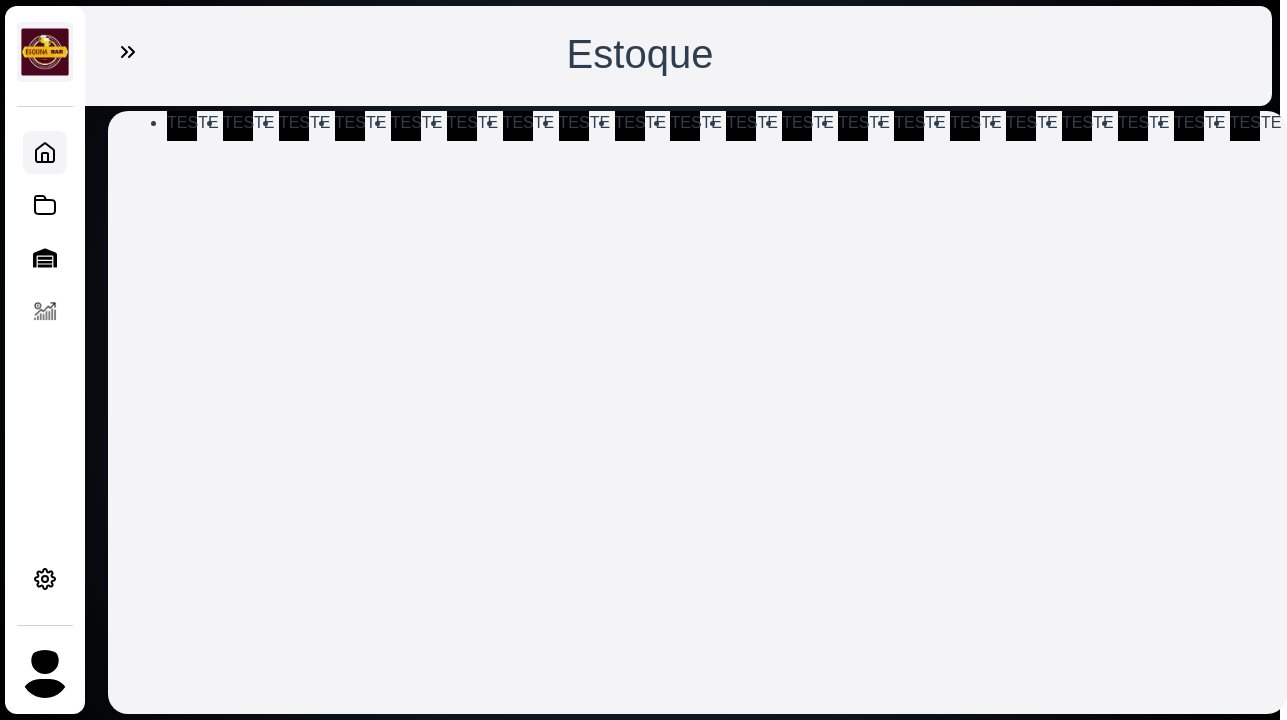
Repository: jazaoo13/Projeto_Oficina_Integracao
Page: / (app in Aplicacao_vue/)
An editor plug-in stored every save of this project. The page is shown before and after the next save, followed by the edit.
The browser window is 1280 px wide. The page is 1287 px wide, so the pictures cover 1287 px, including what lies to the right of the window. The pictures show the whole page.
The page's requests for data from a server got no answer. The project was rebuilt for these pictures with package versions that can differ from the ones it lists, and the page was loaded fresh each time. No one was signed in, and anything a server would have sent is missing. Also part of the build but not shown: Aplicacao_vue/vue.config.js, Aplicacao_vue/src/View/jazao.vue.

Above is the page before, as saved 2023-11-19 15:34:08.

### Aplicacao_vue/public/index.html
<!DOCTYPE html>
<html lang="">
  <head>
    <meta charset="utf-8">
    <meta name="viewport" content="width=device-width, initial-scale=1">
    <meta http-equiv="X-UA-Compatible" content="IE=edge">
    <meta name="viewport" content="width=device-width,initial-scale=1.0">
    <link rel="icon" href="<%= BASE_URL %>favicon.ico">
    <link href="https://cdn.jsdelivr.net/npm/bootstrap@5.3.2/dist/css/bootstrap.min.css" rel="stylesheet" integrity="sha384-T3c6CoIi6uLrA9TneNEoa7RxnatzjcDSCmG1MXxSR1GAsXEV/Dwwykc2MPK8M2HN" crossorigin="anonymous">
    <title>Controle de Bebidas</title>
  </head>
  <body>
    <script src="https://cdn.jsdelivr.net/npm/bootstrap@5.3.2/dist/js/bootstrap.bundle.min.js" integrity="sha384-C6RzsynM9kWDrMNeT87bh95OGNyZPhcTNXj1NW7RuBCsyN/o0jlpcV8Qyq46cDfL" crossorigin="anonymous"></script>
    <div id="app"></div>
    <!-- built files will be auto injected -->
  </body>
</html>

### Aplicacao_vue/src/main.js
import Vue from 'vue'
import App from './App.vue'
import {BootstrapVue, IconsPlugin} from 'bootstrap-vue';
import 'font-awesome/css/font-awesome.css';
import 'bootstrap-vue/dist/bootstrap-vue.css'
import 'bootstrap/dist/css/bootstrap.css'
import router from './router'
import Vuex from 'vuex'
import store from './store'

Vue.config.productionTip = false
Vue.use(BootstrapVue);
Vue.use(IconsPlugin);
Vue.use(Vuex);

new Vue({
  router,
  store,
  render: h => h(App)
}).$mount('#app')

### Aplicacao_vue/src/router/index.js
import Vue from 'vue'
import VueRouter from 'vue-router'
import Home from '../View/Home.vue'
import jazao_component from '../View/jazao.vue'
Vue.use(VueRouter)

const routes = [
  {
    path: '/',
    name: 'home',
    component: Home
  },
  {
    path: '/jazao',
    name: 'Jazao',
    component: jazao_component
    //component: () => import(/* webpackChunkName: "about" */ '../View/HomeTeste.vue')
  },

]

const router = new VueRouter({
  mode: 'history',
  base: process.env.BASE_URL,
  routes
})

export default router

### Aplicacao_vue/src/store.js
import Vue from 'vue'
import Vuex from 'vuex'

Vue.use(Vuex)

const store = new Vuex.Store({
    data(){
        return{
            isActive: false
        }
    },
    state: {
        count: 0,
        isActive: false
    },
    mutations: {
        increment(state) {
            state.count++
        },
        setIsActive(state){
            state.isActive = !state.isActive
        }
    },

})
export default store

### Aplicacao_vue/src/View/Home.vue
<template>
    <div class="bodyClass">
        <div class="container-fluid">
            <div class="row">
                <Sidebar></Sidebar>
            </div>
            <div class="content-container">
                <HeaderPage></HeaderPage>
                <EstoqueView></EstoqueView>
            </div>
        </div>

    </div>
</template>

<script>
import axios from 'axios';
import Sidebar from './Sidebar.vue';
import HeaderPage from './Header.vue'
import EstoqueView from '../components/EstoqueView.vue'
export default {
    name: 'HomePage',
    components: {
        Sidebar,
        HeaderPage,
        EstoqueView
    },
    data() {
        return {
            lstApi: '',
        };
    },
    methods: {
        chamar_api() {
            let url = 'https://catfact.ninja/fact';
            axios
                .get(url, {

                })
                .then((resposta) => {
                    this.lstApi = resposta
                })
                .catch((erro) => console.log(erro));
        },
    },
    mounted() {
        this.chamar_api()
    },
};
</script>

<style lang="scss" scoped>
.bodyClass {
    height: 100vh;
    background: radial-gradient(circle at 50% 50%, #192233 20%, #000);
    padding: 0.375rem;
    font-family: Poppins, sans-serif;
    display: flex;
}
.container-fluid {
  flex: 1;
  display: flex;
  flex-direction: column;
  padding-right: 2px;
  padding-left: 2px;
}
.row {
  display: flex;
  flex: 1;
}
.content-container {
  display: flex;
  flex-direction: column;
  flex: 1500;
}
</style>

### Aplicacao_vue/src/View/Sidebar.vue
<template>
    <div>
        <nav :class="{ 'isActive': this.$store.state.isActive }">
            <div class="sidebar-header" :class="{ 'isActive': this.$store.state.isActive }">
                <a class="logo-wrapper">
                    <img src="@/assets/logo_esquina.png" alt="Logo" :class="{ 'isActive': this.$store.state.isActive }">
                    <h2 :class="{ 'isActive': this.$store.state.isActive }">Bar da Esquina</h2>
                </a>
                <button class="toggle-btn" @click="toggle()">
                    <img src="../assets/expand.svg" alt="expand button">
                </button>
            </div>

            <div class="sidebar-links" :class="{ 'isActive': this.$store.state.isActive }">
                <a class="link active">
                    <img src="../assets/home.svg" alt="">
                    <span :class="{ 'isActive': this.$store.state.isActive }">Home</span>
                </a>
                <a class="link">
                    <img src="../assets/projects.svg" alt="">
                    <span :class="{ 'isActive': this.$store.state.isActive }">Cadastro</span>
                </a>
                <a class="link">
                    <img src="../assets/estoque.svg" alt="">
                    <span :class="{ 'isActive': this.$store.state.isActive }">Estoque</span>
                </a>
                <a class="link">
                    <img src="../assets/vendas.png" alt="">
                    <span :class="{ 'isActive': this.$store.state.isActive }">Vendas</span>
                </a>
            </div>


            <div class="sidebar-bottom" :class="{ 'isActive': this.$store.state.isActive }">
                <div class="sidebar-links" :class="{ 'isActive': this.$store.state.isActive }">
                    <a class="link">
                        <img src="../assets/settings.svg" alt="">
                        <span :class="{ 'isActive': this.$store.state.isActive }">Configurações</span>
                    </a>
                </div>

                <div class="user-profile" :class="{ 'isActive': this.$store.state.isActive }">
                    <div class="user-avatar">
                        <img src="../assets/user.svg" alt="">
                    </div>
                    <div class="user-details" :class="{ 'isActive': this.$store.state.isActive }">
                        <p class="username">Usuario</p>
                        <p class="user-email">email@gmail.com</p>
                    </div>
                </div>
            </div>
        </nav>
    </div>
</template>

<script>
import { mapState } from 'vuex'
export default {
    name: "SiderBar",
    components: {
    },
    data() {
        return {
            //isActive:false,
            // imagens:{
            //     imagem1: url=''
            // }
            //array de objetos para os botoes laterais
        }
    },
    methods: {
        Abre_Cadastro() {

        },
        computed: {
            ...mapState(['isActive'])

        },
        toggle() {
            this.$store.commit('setIsActive');

            const toggleBtn = document.querySelector(".toggle-btn");
            toggleBtn.style.transform = this.$store.state.isActive ? "rotate(180deg)" : "rotate(0deg)";
        },
    },
    mounted() {

    },
}
</script>


<style lang="scss">
*,
*::before,
*::after {
    margin: 0;
    padding: 0;
    box-sizing: border-box;
}

button,
a {
    all: unset;
    font: inherit;
    cursor: pointer;
    text-decoration: none !important;
}

a:hover {
    color: inherit !important;
}

nav {
    position: fixed;
    width: 5rem;
    height: calc(100vh - 0.75rem);
    background-color: #ffffff;
    padding: 1rem 0.75rem;
    border-radius: 0.75rem;
    display: flex;
    flex-direction: column;
    transition: width 500ms ease;

    &.isActive {
        width: 15rem;
    }
}

h2 {
    display: none;

    &.isActive {
        display: inline;
        font-size: 1.5rem;
    }
}

.sidebar-header,
.sidebar-links {
    display: flex;
    justify-content: center;
    align-items: center;
    overflow: hidden;
    flex-direction: column;
    &.isActive {
        justify-content: start;
        align-items: stretch;
    }
}
.sidebar-links {
    flex-direction: column;
    margin-bottom: auto;
    gap: 0.6rem;
    padding-bottom: 1.5rem;
    padding-top: 1.5rem;
}
.sidebar-header {
    margin-bottom: 1.5rem;
    &.isActive {
        justify-content: start;
        align-items: stretch;
    }
}

.logo-wrapper {
    display: flex;
    justify-content: start;
    align-items: center;
    gap: 1.25rem;
    text-decoration: none !important;
}

a.logo-wrapper:hover {
    color: inherit !important;
}

.logo-wrapper>img {
    width: 60px;
    height: 60px;
    background-color: #f4f4f6;
    padding: 0.4rem;
    border-radius: 0.5rem;

    &.isActive {
        width: 100px;
        height: 100px;
    }
}

nav>.sidebar-links {
    border-top: 1px solid rgb(211, 211, 211);
}

.link {
    display: flex;
    padding: 0.6rem;
    border-radius: 0.5rem;
    gap: 1.5rem;
}

span {
    display: none;

    &.isActive {
        display: inline;
    }
}

.link:hover,
.link.active:hover {
    background-color: #e4e4e8;
}

.link.active {
    background-color: #f4f4f6;
}

.link>img {
    width: 24px;
    height: 24px;
}

.sidebar-bottom .sidebar-links {
    padding-bottom: 1.5rem;
}

.toggle-btn {
    position: absolute;
    top: 26px;
    right: -63px;
    padding: 0.5rem;
    background-color:var(--bs-heading-color);
    border-radius: 50%;
    display: flex;
    justify-content: center;
    align-items: center;
    transition: transform 0.25s ease;
}

.user-profile {
    display: flex;
    justify-content: center;
    align-items: center;
    gap: 1.5rem;
    padding-top: 1.5rem;
    border-top: 1px solid rgb(211, 211, 211);

    &.isActive {
        justify-content: start;
        align-items: stretch;
    }
}

.user-avatar {
    width: 48px;
    height: 48px;
    cursor: pointer;
    transition: scale 0.2s ease;
}

.user-avatar img {
    width: 100%;
    height: 100%;
    border-radius: 50%;
    object-fit: cover;
}

.user-avatar:hover {
    scale: 1.1;
}

.user-details {
    align-self: center;
    overflow: hidden;
    display: none;

    .username {
        font-size: 0.85rem;
        font-weight: 600;
    }

    .user-email {
        font-size: 0.8rem;
    }

    &.isActive {
        display: inline;
    }

}</style>

### Aplicacao_vue/src/View/Header.vue
<template>
    <div>
        <div class="header" :class="{ 'isActive': this.$store.state.isActive }">
        <h1 class="titulo">Estoque</h1>
        </div>
    </div>
</template>

<script>
import { mapState } from 'vuex'
export default {
    name: "HeaderPage",
    data() {
        return {
            //isActive: false,
        }
    },
    computed: {
        ...mapState(['isActive'])

    },
}
</script>

<style lang="scss" scoped>
.header {
    //width: calc(100% - 85px);
    background-color: #f4f4f6;
    border-radius: 0.75rem;
    height: 100px;
    margin-left:auto;
    transition: width 500ms ease ;
    &.isActive{
        //width:calc(100% - 245px);
        transition: width 500ms ease ;
    }
}
.titulo{
    height: 100%;
    padding-top: 1.5rem;
}

// .header{

// }
</style>

### Aplicacao_vue/src/components/EstoqueView.vue
    <template>
    <div class="row"  :class="{ 'isActive': this.$store.state.isActive }">
        <div class="backPage">
            <div class="container-fluid">
                <ul class="teste">
                    <li class="items">TESTE</li>
                    <li class="items">TESTE</li>
                    <li class="items">TESTE</li>
                    <li class="items">TESTE</li>
                    <li class="items">TESTE</li>
                    <li class="items">TESTE</li>
                    <li class="items">TESTE</li>
                    <li class="items">TESTE</li>
                    <li class="items">TESTE</li>
                    <li class="items">TESTE</li>
                    <li class="items">TESTE</li>
                    <li class="items">TESTE</li>
                    <li class="items">TESTE</li>
                    <li class="items">TESTE</li>
                    <li class="items">TESTE</li>
                    <li class="items">TESTE</li>
                    <li class="items">TESTE</li>
                    <li class="items">TESTE</li>
                    <li class="items">TESTE</li>
                    <li class="items">TESTE</li>
                </ul>
            </div>
        </div>
    </div>
</template>

<script>

import { mapState } from 'vuex'
    export default {
        name:"EstoqueView",
        methods: {
        computed: {
            ...mapState(['isActive'])
        }
    },
    }
</script>

<style lang="scss" scoped>
.row{
    background-color: #f4f4f6;
    width: calc(100% - 85px);
    margin-left: auto;
    border-radius: 20px;
    margin-top: 5px;
    height: calc(100% - 10px);
    transition: width 500ms ease ;
    &.isActive{
        width:calc(100% - 245px);
        transition: width 500ms ease ;
    }
}
.items{

    background-color: black;
    width: 30px;
    height: 30px;
}
.teste{
    display: flex;
  flex-direction: row;
  justify-content: space-between;
  flex-wrap: wrap;
  flex-grow: 2;
}
</style>

Loaded but not shown: Aplicacao_vue/src/App.vue (common file)

After the next save:
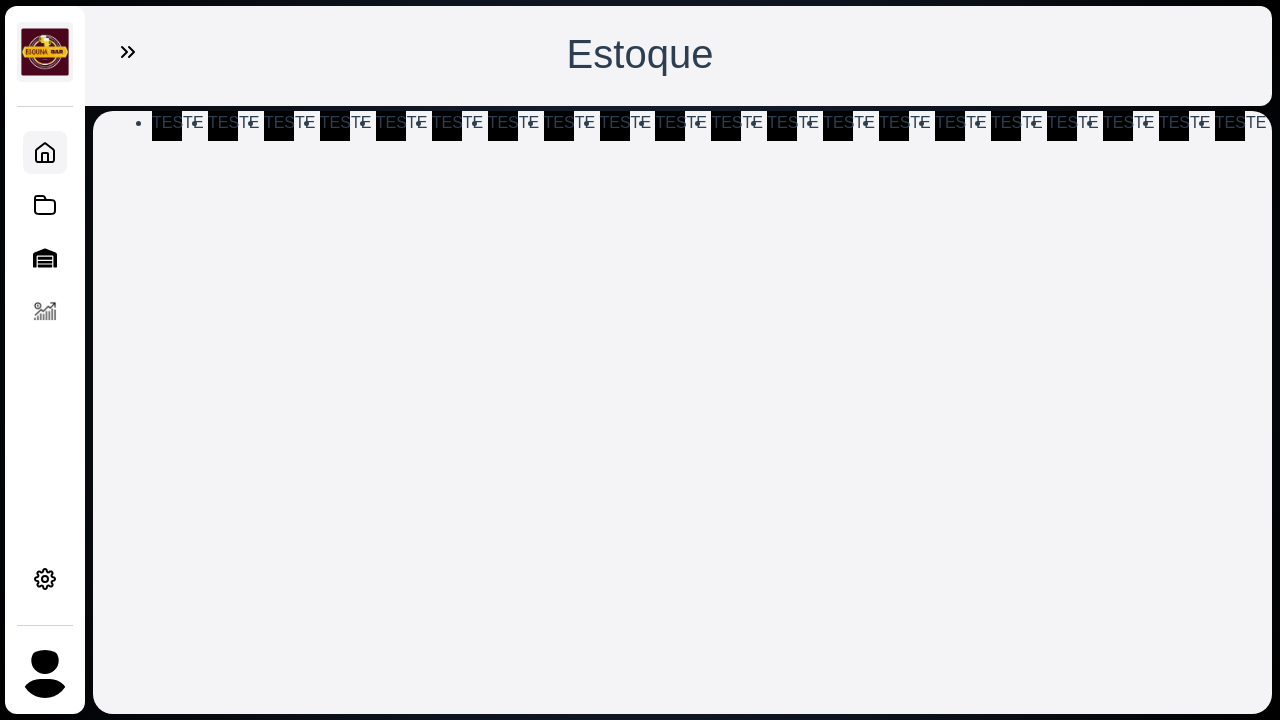
Saved 49 s later.
--- a/Aplicacao_vue/src/components/EstoqueView.vue
+++ b/Aplicacao_vue/src/components/EstoqueView.vue
@@ -49,6 +49,7 @@ import { mapState } from 'vuex'
     margin-left: auto;
     border-radius: 20px;
     margin-top: 5px;
+    margin-right:0px;
     height: calc(100% - 10px);
     transition: width 500ms ease ;
     &.isActive{
